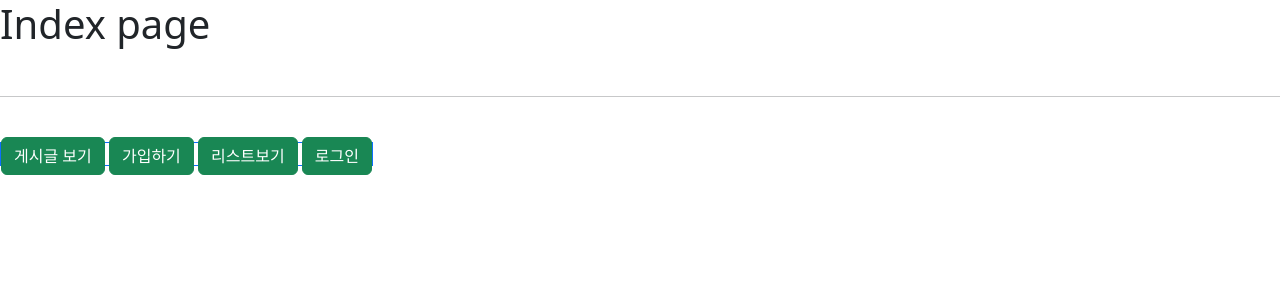
Repository: doridori890130/JSP
Page: http://localhost/jsp_project/mem/login_auth
The author's editor kept a copy of each file at every save. The page is drawn from the files as they stood at one save, then again after the next save.
The browser window is 1280 px wide. The pictures show the whole page.
The page is served by Tomcat 9. Other server files are loaded and not shown. Queries for data that is not in the repository find no rows.

Above is the page before, as saved 2023-05-31 07:11:27.

### jsp_project4/jsp_project/src/main/webapp/index.jsp
<%@ page language="java" contentType="text/html; charset=UTF-8"
    pageEncoding="UTF-8"%>
<%@ taglib uri="http://java.sun.com/jsp/jstl/core" prefix="c" %>
<!DOCTYPE html>
<html>
<head>
<meta charset="UTF-8">
<!-- CSS only -->
<link href="https://cdn.jsdelivr.net/npm/bootstrap@5.2.2/dist/css/bootstrap.min.css" rel="stylesheet" integrity="sha384-Zenh87qX5JnK2Jl0vWa8Ck2rdkQ2Bzep5IDxbcnCeuOxjzrPF/et3URy9Bv1WTRi" crossorigin="anonymous">
<title>index</title>
</head>
<body>
	<h1>Index page</h1>
	<br>
	<hr>
	<br>
	<span class="border border-primary">
	<c:if test="${ses.id ne null }">
	${ses.id }님이 login 하였습니다. <br>
	${ses.id }님은 ${ses.age}세입니다. <br>
	계정생성일 : ${ses.reg_date }<br>
	마지막 접속 : ${ses.last_login }<br>

	</span>
<br>
<a href="/mem/modify"><button class="btn btn-primary">회원정보수정</button></a>
<a href="/mem/remove"><button class="btn btn-primary">회원탈퇴</button></a>

<br> <br> <br>
<a href="/brd/register"><button class="btn btn-success">게시글 작성</button></a>
</c:if>

<a href="/brd/page"><button class="btn btn-success">게시글 보기</button></a>
<a href="/mem/join"><button class="btn btn-success">가입하기</button></a>
<a href="/mem/list"><button class="btn btn-success">리스트보기</button></a>
<c:if test="${ses.id eq null }">
<a href="/mem/login"><button class="btn btn-success">로그인</button></a>
</c:if>
<c:if test="${ses.id ne null }">
<a href="/mem/logout"><button class="btn btn-info">로그아웃</button></a>
</c:if>

<script type="text/javascript">
const msg_login = `<c:out value="${msg_login}" />`;
console.log(msg_login);
if(msg_login === '0'){
	alert('로그인 정보가 올바르지 않습니다.');
}
</script>
</body>
</html>

### jsp_project4/jsp_project/src/main/java/Controller/MemberController.java
package Controller;

import java.io.IOException;
import java.util.List;

import javax.servlet.RequestDispatcher;
import javax.servlet.ServletException;
import javax.servlet.annotation.WebServlet;
import javax.servlet.http.HttpServlet;
import javax.servlet.http.HttpServletRequest;
import javax.servlet.http.HttpServletResponse;
import javax.servlet.http.HttpSession;

import org.slf4j.Logger;
import org.slf4j.LoggerFactory;

import domain.MemberVO;
import service.MemberService;
import service.MemberServiceImpl;

/**
 * Servlet implementation class MemberController
 */
@WebServlet("/mem/*")
public class MemberController extends HttpServlet {
	private static final long serialVersionUID = 1L;
	private static Logger log = LoggerFactory.getLogger(MemberController.class);
	private RequestDispatcher rdp; // 웹의 목적지 주소로 객체를 전달해주는 객체
    private String destpage;
    private int isOk;
    private MemberService msv;

    public MemberController() {
        msv = new MemberServiceImpl();
    }


	protected void service(HttpServletRequest request, HttpServletResponse response) throws ServletException, IOException {
		//characterENcoding 설정
		request.setCharacterEncoding("utf-8");
		response.setCharacterEncoding("utf-8");
		response.setContentType("text/html; charset=utf-8");

		String uri = request.getRequestURI();
		log.info(">>> uri : "+uri);
		String path = uri.substring(uri.lastIndexOf("/")+1);
		log.info(">>> path : "+path);

		switch(path) {
		case "join":
			destpage="/member/join.jsp";
			break;
		case "register":
			try {
				String id = request.getParameter("id");
				String password = request.getParameter("password");
				String email = request.getParameter("email");
				int age = Integer.parseInt(request.getParameter("age"));
				MemberVO mvo = new MemberVO(id,password,email,age);
				isOk = msv.register(mvo);
			} catch (Exception e) {
				e.printStackTrace();
			}
			break;
		case "login":
			destpage="/member/login.jsp";
			break;
		case "login_auth":
			try {
				String id = request.getParameter("id");
				String password = request.getParameter("password");
				MemberVO mvo= new MemberVO(id,password);
				MemberVO loginMvo = msv.login(mvo);
				if(loginMvo != null) {
					HttpSession ses = request.getSession();
					ses.setAttribute("ses", loginMvo);
					ses.setMaxInactiveInterval(10*60);
				}else {
					request.setAttribute("msg_login", 0);
				}
				destpage="/";
			} catch (Exception e) {
				e.printStackTrace();
			}
			break;
		case "logout":
			try {
				HttpSession ses = request.getSession();
				MemberVO mvo = (MemberVO )ses.getAttribute("ses");
				String id = mvo.getId();
				isOk = msv.lastlogin(id);
				ses.invalidate();

			} catch (Exception e) {
				e.printStackTrace();
			}
			destpage="/";
			break;
		case "modify":
			destpage="/member/modify.jsp";
			break;
		case "edit" :
			try {
				MemberVO mvo = new MemberVO(
						request.getParameter("id"),
						request.getParameter("password"),
						request.getParameter("email"),
						Integer.parseInt(request.getParameter("age")),
						request.getParameter("reg_date"),
						request.getParameter("last_login"));
				isOk=msv.modify(mvo);
				if(isOk>0) {
					request.setAttribute("mvo", mvo);
					HttpSession ses = request.getSession();
					ses.setAttribute("ses", mvo);
				}
				destpage="/";
			} catch (Exception e) {
				e.printStackTrace();
			}
			break;
		case "list" :
			try {
				List<MemberVO> list = msv.getList();
				request.setAttribute("list", list);
				destpage="/member/list.jsp";
			} catch (Exception e) {
				e.printStackTrace();
			}
			break;
		case "remove":
			try {
				HttpSession ses = request.getSession();
				MemberVO reMvo = (MemberVO)ses.getAttribute("ses");
				String delId= reMvo.getId();
				isOk = msv.remove(delId);
				ses.invalidate();
				destpage="/";
			} catch (Exception e) {
				e.printStackTrace();
			}
			break;
		}


		rdp = request.getRequestDispatcher(destpage);
		rdp.forward(request, response);
	}


	protected void doGet(HttpServletRequest request, HttpServletResponse response) throws ServletException, IOException {
		service(request,response);
	}


	protected void doPost(HttpServletRequest request, HttpServletResponse response) throws ServletException, IOException {
		service(request,response);
	}

}

### jsp_project4/jsp_project/src/main/java/service/MemberServiceImpl.java
package service;

import java.util.List;

import org.slf4j.Logger;
import org.slf4j.LoggerFactory;

import domain.MemberVO;
import repository.MemberDAO;
import repository.MemberDAOImpl;

public class MemberServiceImpl implements MemberService {
	private static Logger log = LoggerFactory.getLogger(MemberServiceImpl.class);
	private MemberDAO mdao;

	public MemberServiceImpl() {
		mdao= new MemberDAOImpl();
	}

	@Override
	public int register(MemberVO mvo) {
		log.info(">>register service");
		return mdao.register(mvo);
	}

	@Override
	public MemberVO login(MemberVO mvo) {
		log.info(">>login service");
		return mdao.login(mvo);
	}

	@Override
	public int lastlogin(String id) {
		log.info(">>lastlogin service");
		return mdao.lastlogin(id);
	}

	@Override
	public int modify(MemberVO mvo) {
		log.info(">>lastlogin service");
		return mdao.modify(mvo);
	}

	@Override
	public List<MemberVO> getList() {
		log.info(">>lastlogin service");
		return mdao.list();
	}

	@Override
	public int remove(String delId) {
		log.info(">>lastlogin service");
		return mdao.remove(delId);
	}
}

### jsp_project4/jsp_project/src/main/java/repository/MemberDAO.java
package repository;

import java.util.List;

import domain.MemberVO;

public interface MemberDAO {

	int register(MemberVO mvo);

	MemberVO login(MemberVO mvo);

	int lastlogin(String id);

	int modify(MemberVO mvo);

	List<MemberVO> list();

	int remove(String delId);

}

### jsp_project4/jsp_project/src/main/java/repository/MemberDAOImpl.java
package repository;

import java.util.List;

import org.apache.ibatis.session.SqlSession;
import org.slf4j.Logger;
import org.slf4j.LoggerFactory;

import domain.MemberVO;
import orm.DatabaseBuilder;



public class MemberDAOImpl implements MemberDAO {
	private static Logger log = LoggerFactory.getLogger(MemberDAOImpl.class);
	private SqlSession sql;
	private String NS = "MemberMapper.";

	public MemberDAOImpl() {
		new DatabaseBuilder();
		sql= DatabaseBuilder.getFactory().openSession();
	}

	@Override
	public int register(MemberVO mvo) {
		int isOk=sql.insert(NS+"register",mvo);
		if(isOk>0) {
			sql.commit();
		}
		return isOk;
	}

	@Override
	public MemberVO login(MemberVO mvo) {

		return sql.selectOne(NS+"login",mvo);
	}

	@Override
	public int lastlogin(String id) {
		int isOk=sql.update(NS+"lastlogin",id);
		if(isOk>0) {
			sql.commit();
		}
		return isOk;
	}

	@Override
	public int modify(MemberVO mvo) {
		int isOk=sql.update(NS+"modify",mvo);
		if(isOk>0) {
			sql.commit();
		}
		return isOk;
	}

	@Override
	public List<MemberVO> list() {

		return sql.selectList(NS+"list");
	}

	@Override
	public int remove(String delId) {
		int isOk=sql.delete(NS+"del",delId);
		if(isOk>0) {
			sql.commit();
		}
		return isOk;
	}
}

### jsp_project4/jsp_project/src/main/java/orm/DatabaseBuilder.java
package orm;


import java.io.IOException;
import org.apache.ibatis.io.Resources;
import org.apache.ibatis.session.SqlSessionFactory;
import org.apache.ibatis.session.SqlSessionFactoryBuilder;
import org.slf4j.Logger;
import org.slf4j.LoggerFactory;

public class DatabaseBuilder {
	private static Logger log = LoggerFactory.getLogger(DatabaseBuilder.class);
	private static SqlSessionFactory factory;
	private static final String config = "orm/MybatisConfig.xml";

	static {
		try {
			factory = new SqlSessionFactoryBuilder().build(Resources.getResourceAsReader(config));

		} catch (IOException e) {
			log.info("Mybatis 설정오류");
			e.printStackTrace();
		}
	}
	public static SqlSessionFactory getFactory() {
		return factory;
	}
}

### jsp_project4/jsp_project/src/main/java/domain/MemberVO.java
package domain;

public class MemberVO {
//	create table meminfo(
//			mno int auto_increment,
//			id varchar(100),
//			password varchar(100),
//			email varchar(100),
//			age int,
//			reg_date datetime default now(),
//			last_login datetime default null,
//			primary key(mno));
	private int mno;
	private String id;
	private String password;
	private String email;
	private int age;
	private String reg_date;
	private String last_login;

	public MemberVO() {}
	//resister (id, passwor, email, age)
	public MemberVO(String id ,String password, String email, int age) {
		this.id=id;
		this.password=password;
		this.email=email;
		this.age=age;
	}

	// login
	public MemberVO(String id, String password) {
		this.id=id;
		this.password=password;
	}

	//list(id, email, age, reg_date, last_login)
	public MemberVO(String id, String email,int age,String reg_date , String last_login) {
		this.id=id;
		this.email=email;
		this.age=age;
		this.reg_date=reg_date;
		this.last_login=last_login;
	}
	//modify (password, age, email)
	public MemberVO(String password, int age, String email) {
		this.password=password;
		this.age=age;
		this.email=email;
	}
	public MemberVO(String id, String password, String email, int age, String reg_date, String last_login) {

		this.id = id;
		this.password = password;
		this.email = email;
		this.age = age;
		this.reg_date = reg_date;
		this.last_login = last_login;
	}
	public int getMno() {
		return mno;
	}
	public void setMno(int mno) {
		this.mno = mno;
	}
	public String getId() {
		return id;
	}
	public void setId(String id) {
		this.id = id;
	}
	public String getPassword() {
		return password;
	}
	public void setPassword(String password) {
		this.password = password;
	}
	public String getEmail() {
		return email;
	}
	public void setEmail(String email) {
		this.email = email;
	}
	public int getAge() {
		return age;
	}
	public void setAge(int age) {
		this.age = age;
	}
	public String getReg_date() {
		return reg_date;
	}
	public void setReg_date(String reg_date) {
		this.reg_date = reg_date;
	}
	public String getLast_login() {
		return last_login;
	}
	public void setLast_login(String last_login) {
		this.last_login = last_login;
	}
	@Override
	public String toString() {
		return "MemberVo [mno=" + mno + ", id=" + id + ", password=" + password + ", email=" + email + ", age=" + age
				+ ", reg_date=" + reg_date + ", last_login=" + last_login + "]";
	}

}

### jsp_project4/jsp_project/src/main/java/domain/BoardVO.java
package domain;

public class BoardVO {
	private int bno;
	private String title;
	private String writer;
	private String content;
	private String reg_date;
	private int read_count;
	private String image_file;

	public BoardVO() {}

	//register(title, writer, content)
	public BoardVO(String title, String writer, String content) {
		this.title = title;
		this.writer = writer;
		this.content = content;
	}
	//list(bno, title, writer, reg_date)
	public BoardVO(int bno, String title, String writer,
			String reg_date, int read_count) {
		this.bno = bno;
		this.title = title;
		this.writer = writer;
		this.reg_date = reg_date;
		this.read_count = read_count;
	}
	//detail(all)
	public BoardVO(int bno, String title, String writer, String content, String reg_date, int read_count, String image_file) {
		this.bno = bno;
		this.title = title;
		this.writer = writer;
		this.content = content;
		this.reg_date = reg_date;
		this.read_count = read_count;
		this.image_file = image_file;
	}

	//update(bno, title, content)
	public BoardVO(int bno, String title, String content) {
		this.bno = bno;
		this.title =title;
		this.content=content;
	}

	//getter/setter
	public int getBno() {
		return bno;
	}

	public void setBno(int bno) {
		this.bno = bno;
	}

	public String getTitle() {
		return title;
	}

	public int getRead_count() {
		return read_count;
	}

	public void setRead_count(int read_count) {
		this.read_count = read_count;
	}

	public void setTitle(String title) {
		this.title = title;
	}

	public String getWriter() {
		return writer;
	}

	public void setWriter(String writer) {
		this.writer = writer;
	}

	public String getContent() {
		return content;
	}

	public void setContent(String content) {
		this.content = content;
	}

	public String getReg_date() {
		return reg_date;
	}

	public void setReg_date(String reg_date) {
		this.reg_date = reg_date;
	}


	public String getImage_file() {
		return image_file;
	}

	public void setImage_file(String image_file) {
		this.image_file = image_file;
	}

	@Override
	public String toString() {
		return "BoardVO [bno=" + bno + ", title=" + title + ", writer=" + writer + ", content=" + content
				+ ", reg_date=" + reg_date + ", read_count=" + read_count + "]";
	}




}

### jsp_project4/jsp_project/src/main/java/domain/CommentVO.java
package domain;

public class CommentVO {
	private int cno;
	private int bno;
	private String writer;
	private String content;
	private String reg_date;

	public CommentVO() {}

	//post(bno, writer, content)
	public CommentVO(int bno, String writer, String content) {
	this.bno=bno;
	this.writer=writer;
	this.content=content;
	}
	//(writer, content, cno)
	public CommentVO(String writer, String content, int cno) {
	this.writer = writer;
	this.content = content;
	this.cno = cno;
	}
	//modify(cno, content)
	public CommentVO(int cno, String content) {
		this.cno = cno;
		this.content = content;
	}
	//list(bno, cno, writer, content, reg_date)
	public CommentVO(int bno, int cno, String writer, String content,
			String reg_date) {
		this(bno, writer, content);
		this.cno=cno;
		this.reg_date=reg_date;
	}

	public int getCno() {
		return cno;
	}

	public void setCno(int cno) {
		this.cno = cno;
	}

	public int getBno() {
		return bno;
	}

	public void setBno(int bno) {
		this.bno = bno;
	}

	public String getWriter() {
		return writer;
	}

	public void setWriter(String writer) {
		this.writer = writer;
	}

	public String getContent() {
		return content;
	}

	public void setContent(String content) {
		this.content = content;
	}

	public String getReg_date() {
		return reg_date;
	}

	public void setReg_date(String reg_date) {
		this.reg_date = reg_date;
	}

	@Override
	public String toString() {
		return "CommentVO [cno=" + cno + ", bno=" + bno + ", writer=" + writer + ", content=" + content + ", reg_date="
				+ reg_date + "]";
	}
}

### jsp_project4/jsp_project/src/main/java/domain/PagingVO.java
package domain;

public class PagingVO {
	private int pageNo;
	private int qty;

	private String type;
	private String keyword;

	public PagingVO() {
		this(1,10);
	}
	public PagingVO(int pageNo, int qty) {
		this.pageNo=pageNo;
		this.qty=qty;
	}

	public int getPageStart() {
		return (this.pageNo-1)*10;
	}

	public String[] gettypeToArray() {
		return this.type == null ? new String[] {} : this.type.split("");
	}
	public int getPageNo() {
		return pageNo;
	}
	public void setPageNo(int pageNo) {
		this.pageNo = pageNo;
	}
	public int getQty() {
		return qty;
	}
	public void setQty(int qty) {
		this.qty = qty;
	}
	public String getType() {
		return type;
	}
	public void setType(String type) {
		this.type = type;
	}
	public String getKeyword() {
		return keyword;
	}
	public void setKeyword(String keyword) {
		this.keyword = keyword;
	}
	@Override
	public String toString() {
		return "PagingVO [pageNo=" + pageNo + ", qty=" + qty + ", type=" + type + ", keyword=" + keyword + "]";
	}

}

After the next save:
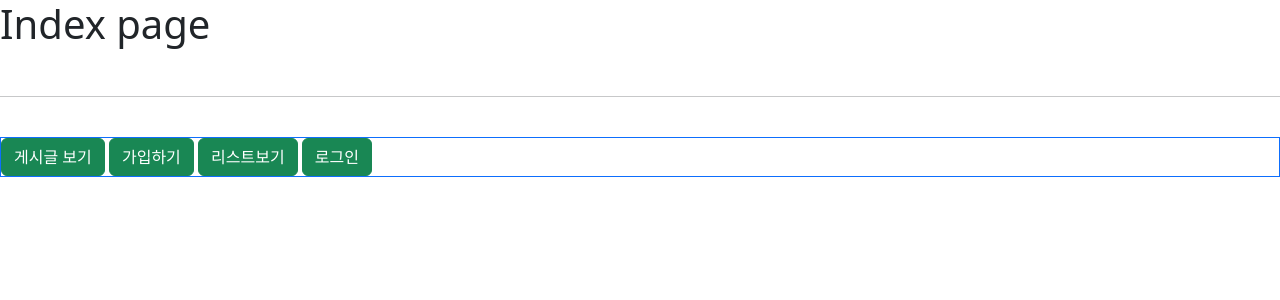
Saved 26 s later.
--- a/jsp_project4/jsp_project/src/main/webapp/index.jsp
+++ b/jsp_project4/jsp_project/src/main/webapp/index.jsp
@@ -14,14 +14,14 @@
 	<br>
 	<hr>
 	<br>
-	<span class="border border-primary">
+	<div class="border border-primary">
 	<c:if test="${ses.id ne null }">
 	${ses.id }님이 login 하였습니다. <br>
 	${ses.id }님은 ${ses.age}세입니다. <br>
 	계정생성일 : ${ses.reg_date }<br>
 	마지막 접속 : ${ses.last_login }<br>
 
-	</span>
+	</div>
 <br>
 <a href="/mem/modify"><button class="btn btn-primary">회원정보수정</button></a>
 <a href="/mem/remove"><button class="btn btn-primary">회원탈퇴</button></a>
